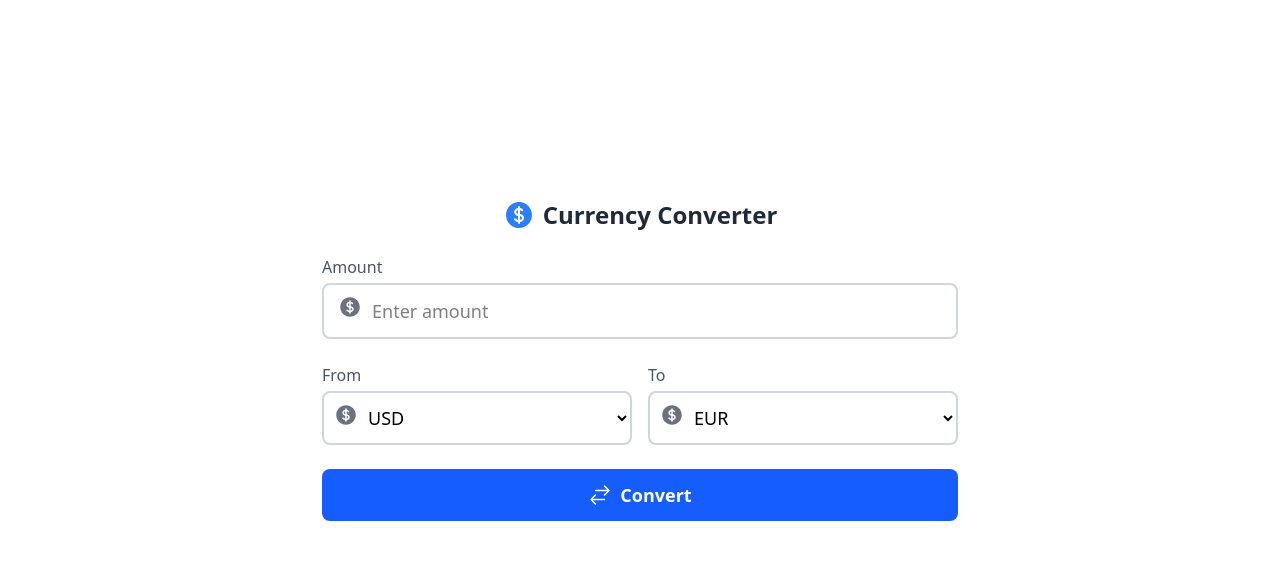
Repository: adrcstro/withcenter_developer_exam
Page: /
An editor plug-in stored every save of this project. The page is shown before and after the next save, followed by the edit.
The browser window is 1280 px wide. The pictures show the whole page.
The project was rebuilt for these pictures with package versions that can differ from the ones it lists, and the page was loaded fresh each time. Also part of the build but not shown: vite.config.ts.

Above is the page before, as saved 2025-03-16 19:57:08.

After the next save:
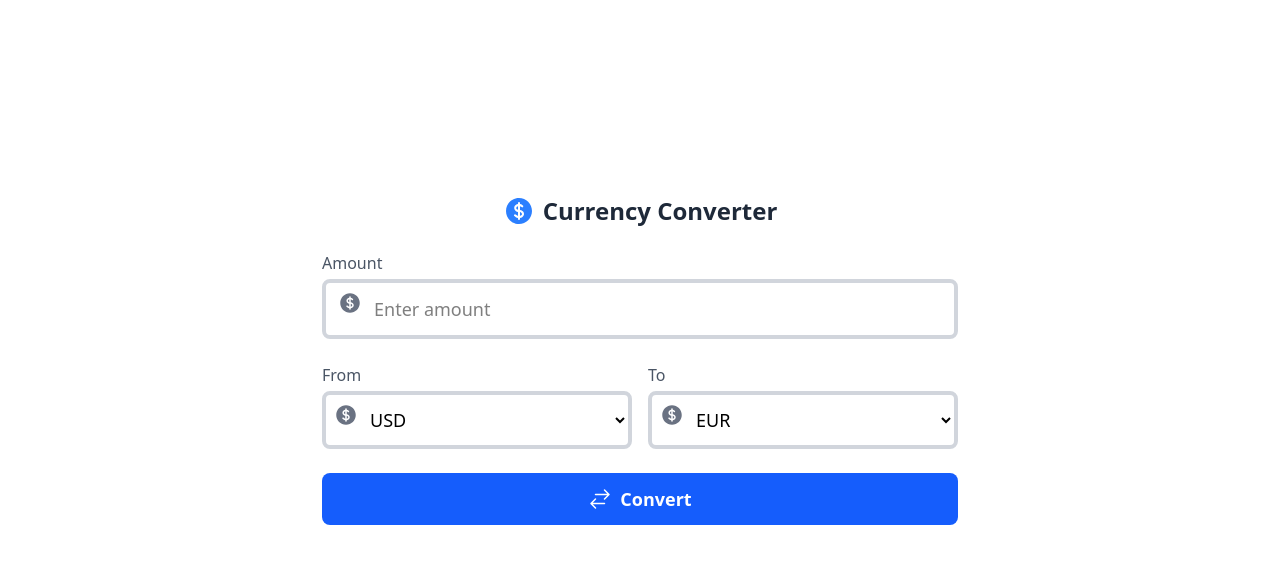
Saved 18 s later.
--- a/src/App.tsx
+++ b/src/App.tsx
@@ -32,7 +32,7 @@ function App() {
       type="number"
       value={amount}
       onChange={(e) => setAmount(e.target.value)}
-      className="w-full mt-1 pl-12 pr-4 py-3 border-2 border-gray-300 rounded-lg text-lg focus:outline-none focus:ring-2 focus:ring-blue-400"
+      className="w-full mt-1 pl-12 pr-4 py-3 border-4 border-gray-300 rounded-lg text-lg focus:outline-none focus:ring-2 focus:ring-blue-400"
       placeholder="Enter amount"
     />
     <CurrencyDollarIcon className="w-6 h-6 text-gray-500 absolute left-4 top-4" />
@@ -47,7 +47,7 @@ function App() {
       <select
         value={fromCurrency}
         onChange={(e) => setFromCurrency(e.target.value)}
-        className="w-full mt-1 pl-10 pr-4 py-3 border-2 border-gray-300 rounded-lg text-lg focus:outline-none focus:ring-2 focus:ring-blue-400"
+        className="w-full mt-1 pl-10 pr-4 py-3 border-4 border-gray-300 rounded-lg text-lg focus:outline-none focus:ring-2 focus:ring-blue-400"
       >
         {currencies.map((currency) => (
           <option key={currency} value={currency}>
@@ -65,7 +65,7 @@ function App() {
       <select
         value={toCurrency}
         onChange={(e) => setToCurrency(e.target.value)}
-        className="w-full mt-1 pl-10 pr-4 py-3 border-2 border-gray-300 rounded-lg text-lg focus:outline-none focus:ring-2 focus:ring-blue-400"
+        className="w-full mt-1 pl-10 pr-4 py-3 border-4 border-gray-300 rounded-lg text-lg focus:outline-none focus:ring-2 focus:ring-blue-400"
       >
         {currencies.map((currency) => (
           <option key={currency} value={currency}>
